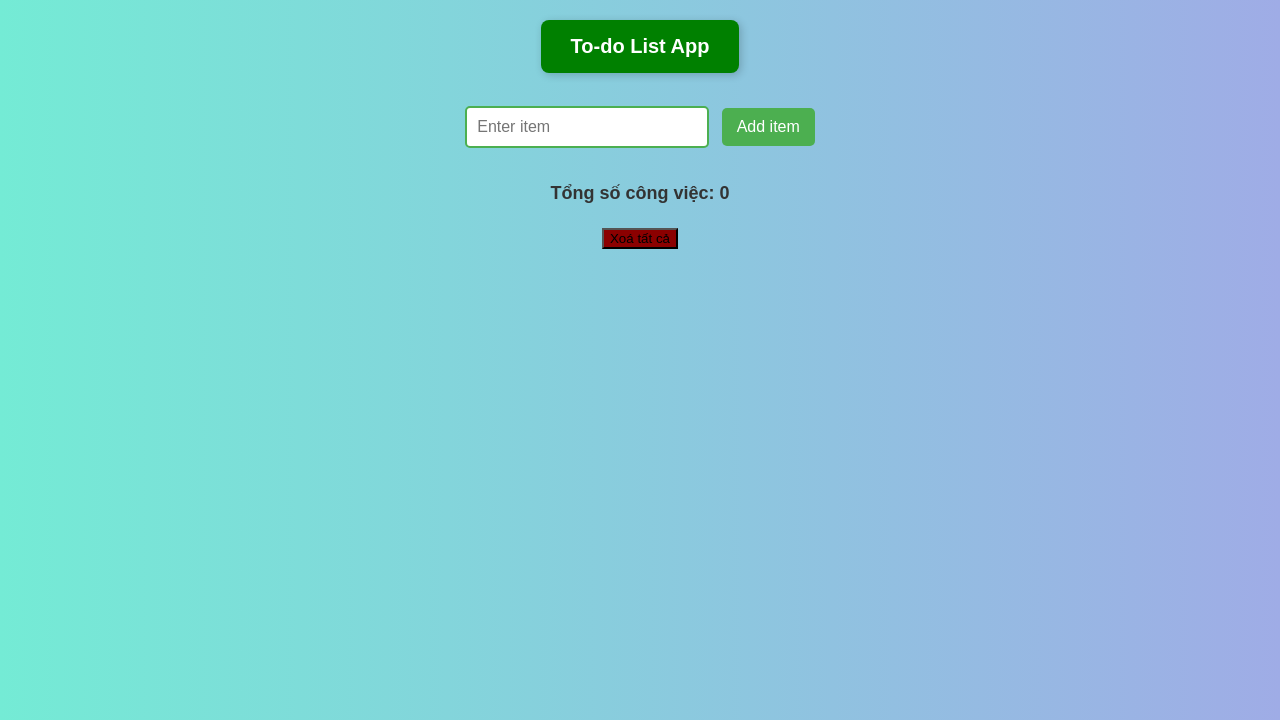
Repository: binhphanbp/WEB2064_JavaScript-Advanced_WD20305
Page: lesson4/lesson4.html
The author's editor kept a copy of each file at every save. The page is drawn from the files as they stood at one save, then again after the next save.
The browser window is 1280 px wide. The pictures show the whole page.

Above is the page before, as saved 2025-09-24 12:29:55.

### lesson4/lesson4.html
<!DOCTYPE html>
<html lang="en">
  <head>
    <meta charset="UTF-8" />
    <meta name="viewport" content="width=device-width, initial-scale=1.0" />
    <title>Document</title>

    <style>
      body {
        font-family: Arial, sans-serif;
        background: linear-gradient(to right, #74ebd5, #9face6);
        margin: 0;
        padding: 0;
        display: flex;
        flex-direction: column;
        align-items: center;
        min-height: 100vh;
      }

      h1 {
        margin-top: 20px;
        font-size: 28px;
        background-color: #4caf50;
        color: white;
        padding: 15px 30px;
        border-radius: 8px;
        box-shadow: 2px 2px 8px rgba(0, 0, 0, 0.2);
      }

      #divTodo {
        margin: 20px 0;
      }

      #divTodo input {
        padding: 10px;
        font-size: 16px;
        border: 2px solid #4caf50;
        border-radius: 5px;
        outline: none;
        width: 220px;
        transition: 0.3s;
      }

      #divTodo input:focus {
        border-color: #2e7d32;
        box-shadow: 0 0 6px rgba(46, 125, 50, 0.5);
      }

      #divTodo button {
        padding: 10px 15px;
        margin-left: 8px;
        font-size: 16px;
        color: white;
        background-color: #4caf50;
        border: none;
        border-radius: 5px;
        cursor: pointer;
        transition: 0.3s;
      }

      #divTodo button:hover {
        background-color: #2e7d32;
      }

      #ulTag {
        list-style-type: none;
        padding: 0;
        margin: 0;
        width: 300px;
      }

      #ulTag li {
        background-color: #fff;
        margin: 8px 0;
        padding: 10px 15px;
        border-radius: 5px;
        display: flex;
        justify-content: space-between;
        align-items: center;
        box-shadow: 2px 2px 5px rgba(0, 0, 0, 0.1);
        cursor: pointer;
        transition: 0.3s;
      }

      #ulTag li:hover {
        background-color: #f1f1f1;
      }

      #ulTag li.completed {
        text-decoration: line-through;
        color: gray;
        background-color: #e0e0e0;
      }

      #ulTag li button {
        background-color: crimson;
        border: none;
        color: white;
        padding: 5px 10px;
        font-size: 14px;
        border-radius: 5px;
        cursor: pointer;
        transition: 0.3s;
      }

      button.delete {
        background-color: darkred;
      }

      #ulTag li button:hover {
        background-color: darkred;
      }

      h4 {
        margin-top: 15px;
        font-size: 18px;
        color: #333;
      }
    </style>
  </head>
  <body>
    <h1 id="h1Tag">To-do List App</h1>
    <div id="divTodo"></div>
    <ul id="ulTag"></ul>

    <script>
      const h1Tag = document.getElementById('h1Tag');
      const divTodo = document.getElementById('divTodo');
      const ulTag = document.getElementById('ulTag');

      // 1. Sử dụng style
      h1Tag.style = 'background-color: green; color: white';
      h1Tag.style.fontSize = '20px';

      // 2. Sử dụng với className
      h1Tag.className = 'styleH1';

      // 3. Sử dụng classList
      h1Tag.classList.add('anotherStyleH1');
      h1Tag.classList.remove('anotherStyleH1');

      // 4. Thêm một phần tử mới bằng createElement
      // const liTag = document.createElement('li');
      // liTag.innerText = 'Learn JavaScript Advanced';
      // ulTag.appendChild(liTag);

      // 5. Thêm phần tử bằng HTML
      divTodo.innerHTML = `
        <input type="text" placeholder="Enter item">
        <button id = 'btnAdd' type="submit">Add item</button>
      `;

      // Chọn phần tử input, button. Bấm nút thêm thì lấy giá trị trong input
      const inputTag = document.querySelector('input');
      const btnAdd = document.querySelector('#btnAdd');

      btnAdd.addEventListener('click', () => {
        const liTag = document.createElement('li');
        const btnDelete = document.createElement('button');
        const inputValue = inputTag.value;
        liTag.innerText = inputValue;
        liTag.addEventListener('click', () => {
          liTag.classList.toggle('completed');
        });

        // insertAdjacentElement
        ulTag.insertAdjacentElement('beforeend', liTag);

        inputTag.value = '';

        updateTaskCount();
      });

      // 6. Chèn phần tử bằng after
      const h4Tag = document.createElement('h4');
      const updateTaskCount = () => {
        const totalTasks = document.querySelectorAll('li').length;

        h4Tag.innerText = `Tổng số công việc: ${totalTasks}`;
        ulTag.after(h4Tag);
      };
      updateTaskCount();

      // 7. Xoá phần tử bằng remove hoặc innerHTML = ''
      const btnDelAlt = document.createElement('button');
      btnDelAlt.className = 'delete';
      btnDelAlt.innerText = 'Xoá tất cả';
      btnDelAlt.addEventListener('click', () => {
        ulTag.innerHTML = '';
        // ulTag.remove();
        updateTaskCount();
      });
      h4Tag.after(btnDelAlt);
    </script>
  </body>
</html>

After the next save:
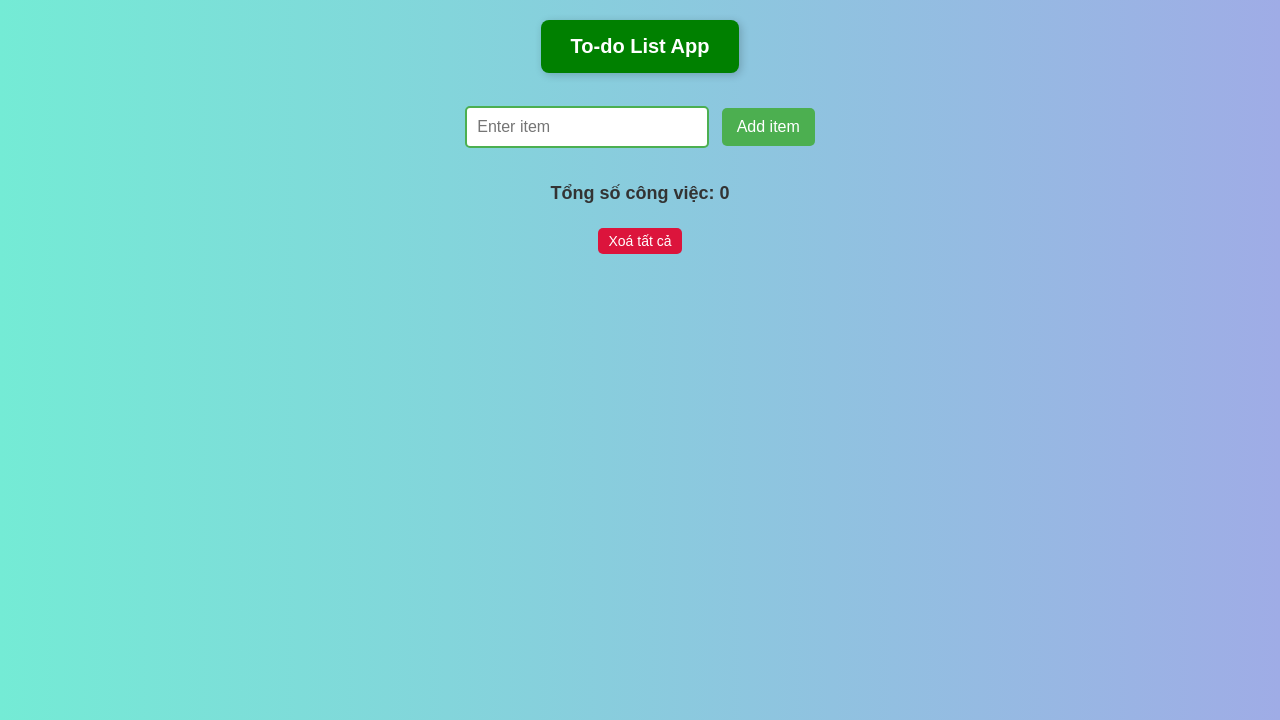
Saved 10 s later.
--- a/lesson4/lesson4.html
+++ b/lesson4/lesson4.html
@@ -104,7 +104,14 @@
       }
 
       button.delete {
-        background-color: darkred;
+        background-color: crimson;
+        border: none;
+        color: white;
+        padding: 5px 10px;
+        font-size: 14px;
+        border-radius: 5px;
+        cursor: pointer;
+        transition: 0.3s;
       }
 
       #ulTag li button:hover {
